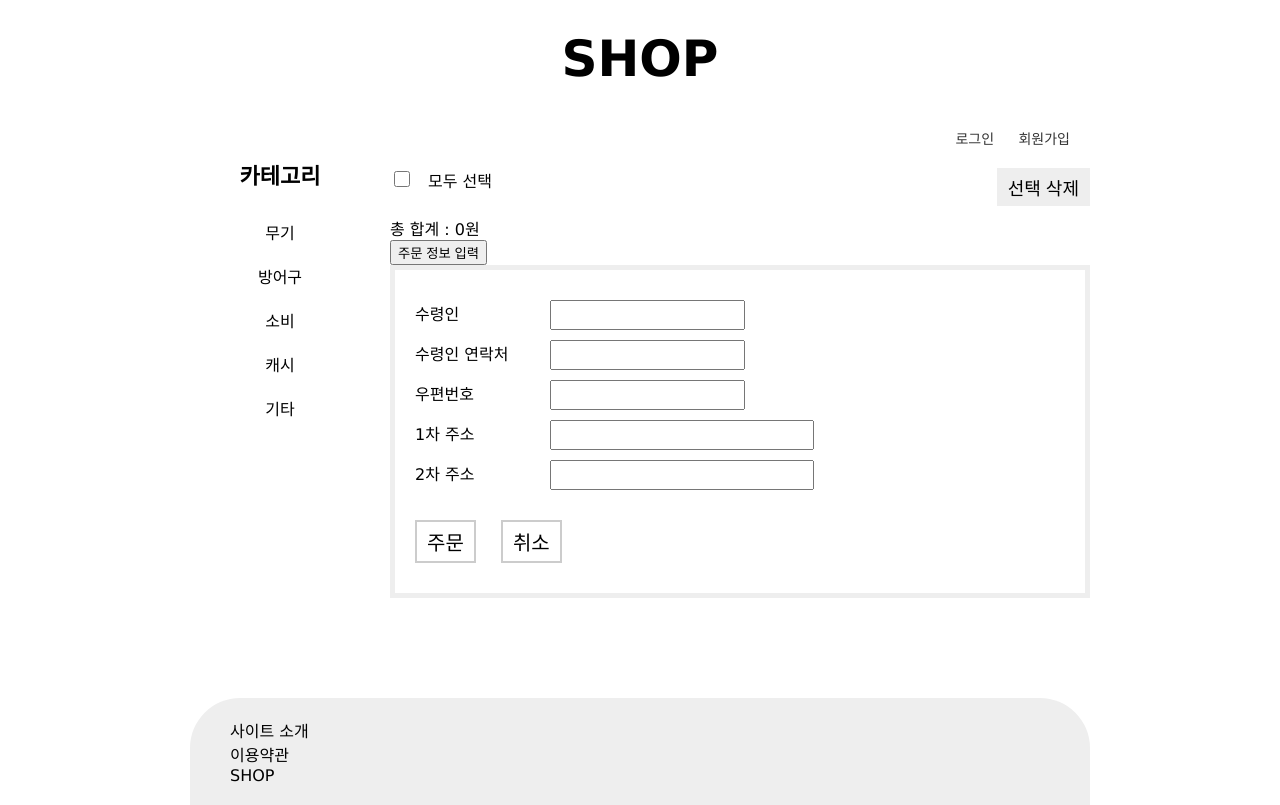
Repository: leesoonyong/shopping-mall
Page: http://localhost/shop/WEB-INF/views/shop/cartList.jsp
These files come from the project's save history. The page is drawn as it stood at one moment and after the next save; the edit follows.
The browser window is 1280 px wide. The pictures show the whole page.
The page is served by Tomcat 9. Nobody is signed in. Other server files are loaded and not shown. The template is opened directly, without the code that normally fills it, so the values that code supplies are empty.

Above is the page before, as saved 2020-09-15 03:08:05.

### shop/src/main/webapp/WEB-INF/views/shop/cartList.jsp
<%@ taglib uri="http://java.sun.com/jsp/jstl/core" prefix="c" %>
<%@ taglib prefix="fmt" uri="http://java.sun.com/jsp/jstl/fmt"%>
<%@ page language="java" contentType="text/html; charset=UTF-8" pageEncoding="UTF-8"%>
<!DOCTYPE html>
<html>
<head>
<meta charset="UTF-8">
<script src='https://code.jquery.com/jquery-3.3.1.min.js'></script>
<style>
body {
	margin: 0;
	padding: 0;
	font-family: '맑은 고딕', verdana;
}

a {
	color: #05f;
	text-decoration: none;
}

a:hover {
	text-decoration: underline;
}

h1, h2, h3, h4, h5, h6 {
	margin: 0;
	padding: 0;
}

ul, lo, li {
	margin: 0;
	padding: 0;
	list-style: none;
}

/* ---------- */
div#root {
	width: 900px;
	margin: 0 auto;
}

header#header {

}

nav#nav {

}

section#container {

}

section#content {
	float: right;
	width: 700px;
}

aside#aside {
	float: left;
	width: 180px;
}

section#container::after {
	content: "";
	display: block;
	clear: both;
}

footer#footer {
	background: #eee;
	padding: 20px;
}

/* ---------- */
header#header div#header_box {
	text-align: center;
	padding: 30px 0;
}

header#header div#header_box h1 {
	font-size: 50px;
}

header#header div#header_box h1 a {
	color: #000;
}

nav#nav div#nav_box {
	font-size: 14px;
	padding: 10px;
	text-align: right;
}

nav#nav div#nav_box li {
	display: inline-block;
	margin: 0 10px;
}

nav#nav div#nav_box li a {
	color: #333;
}

section#container {

}

aside#aside h3 {
	font-size: 22px;
	margin-bottom: 20px;
	text-align: center;
}

aside#aside li {
	font-size: 16px;
	text-align: center;
}

aside#aside li a {
	color: #000;
	display: block;
	padding: 10px 0;
}

aside#aside li a:hover {
	text-decoration: none;
	background: #eee;
}

footer#footer {
	margin-top: 100px;
	border-radius: 50px 50px 0 0;
}

footer#footer div#footer_box {
	padding: 0 20px;
}

aside#aside li {
	position: relative;
}

aside#aside li:hover {
	background: #eee;
}

aside#aside li>ul.low {
	display: none;
	position: absolute;
	top: 0;
	left: 180px;
}

aside#aside li:hover>ul.low {
	display: block;
}

aside#aside li:hover>ul.low li a {
	background: #eee;
	border: 1px solid #eee;
}

aside#aside li:hover>ul.low li a:hover {
	background: #fff;
}

aside#aside li>ul.low li {
	width: 180px;
}
/*
section#content ul li {
	display: inline-block;
	margin: 10px;
}

section#content div.goodsThumb img {
	width: 200px;
	height: 200px;
}

section#content div.goodsName {
	padding: 10px 0;
	text-align: center;
}

section#content div.goodsName a {
	color: #000;
}
*/
 section#content ul li { margin:10px 0; }
 section#content ul li img { width:250px; height:250px; }
 section#content ul li::after { content:""; display:block; clear:both; }
 section#content div.thumb { float:left; width:250px; }
 section#content div.gdsInfo { float:right; width:calc(100% - 270px); }
 section#content div.gdsInfo { font-size:20px; line-height:2; }
 section#content div.gdsInfo span { display:inline-block; width:100px; font-weight:bold; margin-right:10px; }
 section#content div.gdsInfo .delete { text-align:right; }
 section#content div.gdsInfo .delete button { font-size:22px;
            padding:5px 10px; border:1px solid #eee; background:#eee;}



.allCheck { float:left; width:200px; }
.allCheck input { width:16px; height:16px; }
.allCheck label { margin-left:10px; }
.delBtn { float:right;  text-align:right; }
.delBtn button { font-size:18px; padding:5px 10px; border:1px solid #eee; background:#eee;}

.checkBox { width:30px; }
.checkBox input { width:16px; height:16px; }


.listResult { padding:20px; background:#eee; }
.listResult .sum { float:left; width:45%; font-size:22px; }

.listResult .orderOpne { float:right; width:45%; text-align:right; }
.listResult .orderOpne button { font-size:18px; padding:5px 10px; border:1px solid #999; background:#fff;}
.listResult::after { content:""; display:block; clear:both; }

.orderInfo { border:5px solid #eee; padding:20px; }
.orderInfo .inputArea { margin:10px 0; }
.orderInfo .inputArea label { display:inline-block; width:120px; margin-right:10px; }
.orderInfo .inputArea input { font-size:14px; padding:5px; }
#userAddr2, #userAddr3 { width:250px; }

.orderInfo .inputArea:last-child { margin-top:30px; }
.orderInfo .inputArea button { font-size:20px; border:2px solid #ccc; padding:5px 10px; background:#fff; margin-right:20px;}
</style>
</head>
<body>
<div id="root">
	<header id="header">
		<div id="header_box">
			<%@ include file="../include/header.jsp" %>
		</div>
	</header>

	<nav id="nav">
		<div id="nav_box">
			<%@ include file="../include/nav.jsp" %>
		</div>
	</nav>

	<section id="container">
		<aside id="aside">
			<%@ include file="../include/aside.jsp" %>
		</aside>
		<div id="container_box">
			<section id="content">
					<ul>
						<li>
							<div class="allCheck">
								<input type="checkbox" name="allCheck" id="allCheck" />
								<label	for="allCheck">모두 선택</label>
								<script>
									$("#allCheck").click(function(){
										 var chk = $("#allCheck").prop("checked");
										 if(chk) {
										  $(".chBox").prop("checked", true);
										 } else {
										  $(".chBox").prop("checked", false);
										 }
									});
								</script>
							</div>

							<div class="delBtn">
								<button type="button" class="selectDelete_btn">선택 삭제</button>

								<script>
								$(".selectDelete_btn").click(function(){
									var confirm_val = confirm("정말 삭제하시겠습니까?");

									if(confirm_val){
										var checkArr = new Array();

										$("input[class='chBox']:checked").each(function(){
											checkArr.push($(this).attr("data-cartNum"));
										});

										$.ajax({
											url : "/shop/deleteCart",
											type : "post",
											data : {
												chbox : checkArr
											},
											success : function(result){
												if(result == 1){
													location.href = "/shop/cartList";
												}else{
													alert("삭제 실패");
												}
											}
										});
									}
								});



								</script>
							</div>

						</li>
						<c:set var="sum" value="0"/>
						<c:forEach items="${cartList}" var="cartList">
							<li>
								<div class="checkBox">
									<input type="checkbox" name="chBox" class="chBox" data-cartNum="${cartList.cartNum}" />
									<script>
										$(".chBox").click(function(){
											$("#allCheck").prop("checked", false);
										});
									</script>
								</div>

								<div class="thumb">
									<img src="${cartList.gdsThumbImg}" />
								</div>
								<div class="gdsInfo">
									<p>
										<span>상품명</span>${cartList.gdsName}<br />
										<span>개당 가격</span>
										<fmt:formatNumber pattern="###,###,###" value="${cartList.gdsPrice}"/> 원<br />
										<span>구입 수량</span>${cartList.cartStock} 개<br />
										<span>최종가격</span>
										<fmt:formatNumber pattern="###,###,###" value="${cartList.gdsPrice * cartList.cartStock}" /> 원
									</p>

									<div class="delete">
										<button type="button" class="delete_${cartList.cartNum}_btn" data-cartNum="${cartList.cartNum}">삭제</button>
										<script>
											$(".delete_${cartList.cartNum}_btn").click(function(){
												var confirm_val = confirm("정말 삭제하시겠습니까?");

												if(confirm_val){
													var checkArr = new Array();

													checkArr.push($(this).attr("data-cartNum"));


													$.ajax({
														url : "/shop/deleteCart",
														type : "post",
														data : {
															chbox : checkArr
														},
														success : function(result){
															if(result == 1){
																location.href = "/shop/cartList";
															}else{
																alert("삭제 실패");
															}
														}
													});
												}
											});
										</script>
									</div>
								</div>
							</li>
						<c:set var="sum" value="${sum + (cartList.gdsPrice * cartList.cartStock)}"/>
						</c:forEach>
					</ul>
					<div class="listReulst">
						<div class="sum">
							총 합계 : <fmt:formatNumber pattern="###,###,###" value="${sum}"/>원
						</div>
						<div class="orderOpne">
							<button type="button" class="orderOpne_bnt">주문 정보 입력</button>
						</div>
					</div>
					<div class="orderInfo">
						<form method="post">
							<input type="hidden" name="amount" value="${sum}"/>

							<div class="inputArea">
								<label for="">수령인</label>
								<input type="text" name="orderRec" id="orderRec" required="required"/>
							</div>

							<div class="inputArea">
								<label for="orderPhon">수령인 연락처</label>
								<input type="text" name="orderRec" id="orderRec" required="required"/>
							</div>

							<div class="inputArea">
								<label for="userAddr">우편번호</label>
								<input type="text" name="userAddr1" id="userAddr1" required="required"/>
							</div>

							<div class="inputArea">
								<label for="userAddr2">1차 주소</label>
								<input type="text" name="userAddr2" id="userAddr2" required="required"/>
							</div>

							<div class="inputArea">
								<label for="userAddr3">2차 주소</label>
								<input type="text" name="userAddr3" id="userAddr3" required="required"/>
							</div>

							<div class="inputArea">
								<button type="submit" class="order_btn">주문</button>
								<button type="button" class="cancel_btn">취소</button>
							</div>
						</form>

					</div>
				</section>
		</div>
	</section>

	<footer id="footer">
		<div id="footer_box">
			<%@ include file="../include/footer.jsp" %>
		</div>
	</footer>
</div>
</body>
</html>

### shop/src/main/webapp/WEB-INF/views/include/header.jsp
<%@ taglib uri="http://java.sun.com/jsp/jstl/core" prefix="c" %>
<%@ page language="java" contentType="text/html; charset=UTF-8" pageEncoding="UTF-8"%>
<h1 class="title">
	<a href="/">SHOP</a>
</h1>

### shop/src/main/webapp/WEB-INF/views/include/nav.jsp
<%@ taglib uri="http://java.sun.com/jsp/jstl/core" prefix="c" %>
<%@ page language="java" contentType="text/html; charset=UTF-8" pageEncoding="UTF-8"%>
<ul>
<c:if test="${member == null}">
	<li>
		<a href="/member/signIn">로그인</a>
	</li>
	<li>
		<a href="/member/signUp">회원가입</a>
	</li>
</c:if>
<c:if test="${member != null}">
	<c:if test="${member.verify == 9}">
	<li>
		<a href="/admin/index">관리자 화면</a>
	</li>
	</c:if>
	<li>
		${member.userName}님 환영합니다.
	</li>
	<li>
		<a href="/shop/cartList">카트 리스트</a>
	</li>
	<li>
		<a href="/member/signOut">로그아웃</a>
	</li>
</c:if>
</ul>

### shop/src/main/webapp/WEB-INF/views/include/aside.jsp
<%@ taglib uri="http://java.sun.com/jsp/jstl/core" prefix="c" %>
<%@ page language="java" contentType="text/html; charset=UTF-8" pageEncoding="UTF-8"%>

<h3>카테고리</h3>
<ul>
	<li><a href="/shop/list?c=100&l=1">무기</a>
		<ul class="low">
			<li><a href="/shop/list?c=101&l=2">아케인셰이드</a></li>
			<li><a href="/shop/list?c=102&l=2">앱솔랩스</a></li>
			<li><a href="/shop/list?c=103&l=2">파프니르</a></li>
			<li><a href="/shop/list?c=104&l=2">펜살리르</a></li>
			<li><a href="/shop/list?c=105&l=2">무스펠</a></li>
			<li><a href="/shop/list?c=106&l=2">네크로</a></li>
		</ul>
	</li>
	<li><a href="/shop/list?c=200&l=1">방어구</a>
		<ul class="low">
			<li><a href="/shop/list?c=201&l=2">아케인셰이드</a></li>
			<li><a href="/shop/list?c=202&l=2">앱솔랩스</a></li>
			<li><a href="/shop/list?c=203&l=2">파프니르</a></li>
			<li><a href="/shop/list?c=204&l=2">펜살리르</a></li>
			<li><a href="/shop/list?c=205&l=2">무스펠</a></li>
			<li><a href="/shop/list?c=206&l=2">네크로</a></li>
		</ul>
	</li>
	<li><a href="/shop/list?c=300&l=1">소비</a>
		<ul class="low">
			<li><a href="/shop/list?c=301&l=2">회복 아이템</a></li>
			<li><a href="/shop/list?c=302&l=2">연금술 아이템</a></li>
			<li><a href="/shop/list?c=303&l=2">주문서</a></li>
			<li><a href="/shop/list?c=304&l=2">스킬북</a></li>
			<li><a href="/shop/list?c=305&l=2">기타</a></li>
		</ul>
	</li>
	<li><a href="/shop/list?c=400&l=1">캐시</a>
		<ul class="low">
			<li><a href="/shop/list?c=401&l=2">강화</a></li>
			<li><a href="/shop/list?c=402&l=2">게임</a></li>
			<li><a href="/shop/list?c=403&l=2">코디</a></li>
			<li><a href="/shop/list?c=404&l=2">뷰티</a></li>
			<li><a href="/shop/list?c=405&l=2">펫</a></li>
			<li><a href="/shop/list?c=406&l=2">기타</a></li>
		</ul>

	</li>
	<li><a href="/shop/list?c=500&l=1">기타</a>
		<ul class="low">
			<li><a href="/shop/list?c=501&l=2">의자</a></li>
			<li><a href="/shop/list?c=502&l=2">전문기술</a></li>
		</ul>
	</li>
</ul>

### shop/src/main/webapp/WEB-INF/views/include/footer.jsp
<%@ taglib uri="http://java.sun.com/jsp/jstl/core" prefix="c" %>
<%@ page language="java" contentType="text/html; charset=UTF-8" pageEncoding="UTF-8"%>
<ul>
	<li>사이트 소개</li>
	<li>이용약관</li>
	<li>SHOP</li>
</ul>

After the next save:
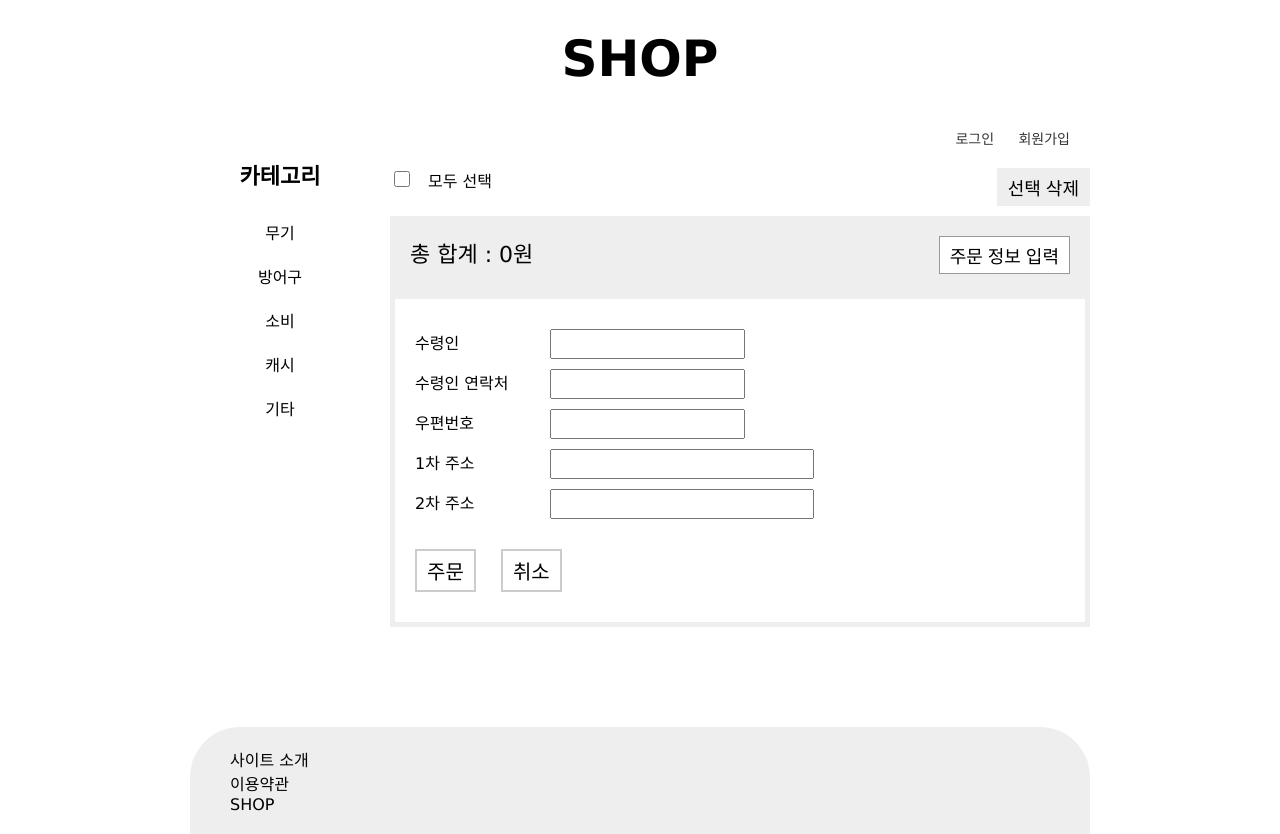
Saved 57 s later.
--- a/shop/src/main/webapp/WEB-INF/views/shop/cartList.jsp
+++ b/shop/src/main/webapp/WEB-INF/views/shop/cartList.jsp
@@ -361,7 +361,7 @@ section#content div.goodsName a {
 						<c:set var="sum" value="${sum + (cartList.gdsPrice * cartList.cartStock)}"/>
 						</c:forEach>
 					</ul>
-					<div class="listReulst">
+					<div class="listResult">
 						<div class="sum">
 							총 합계 : <fmt:formatNumber pattern="###,###,###" value="${sum}"/>원
 						</div>
